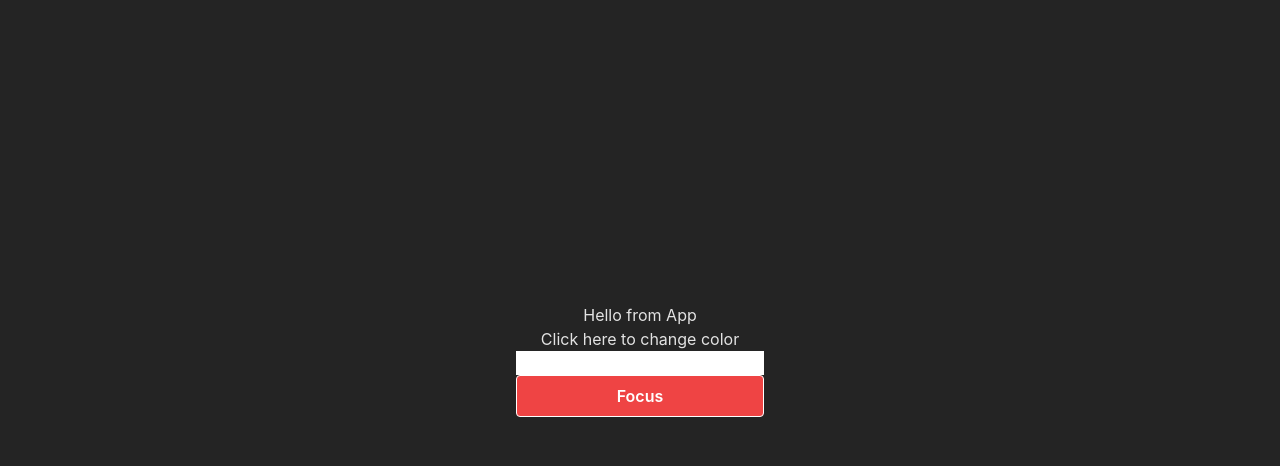
Repository: s-babaeizadeh/react-hooks-typescript
Page: / (app in useRefComp/)
The author's editor kept a copy of each file at every save. The page is drawn from the files as they stood at one save, then again after the next save.
The browser window is 1280 px wide. The pictures show the whole page.
The project was rebuilt for these pictures with package versions that can differ from the ones it lists, and the page was loaded fresh each time. Also part of the build but not shown: useRefComp/vite.config.ts.

Above is the page before, as saved 2024-11-28 20:55:40.

After the next save:
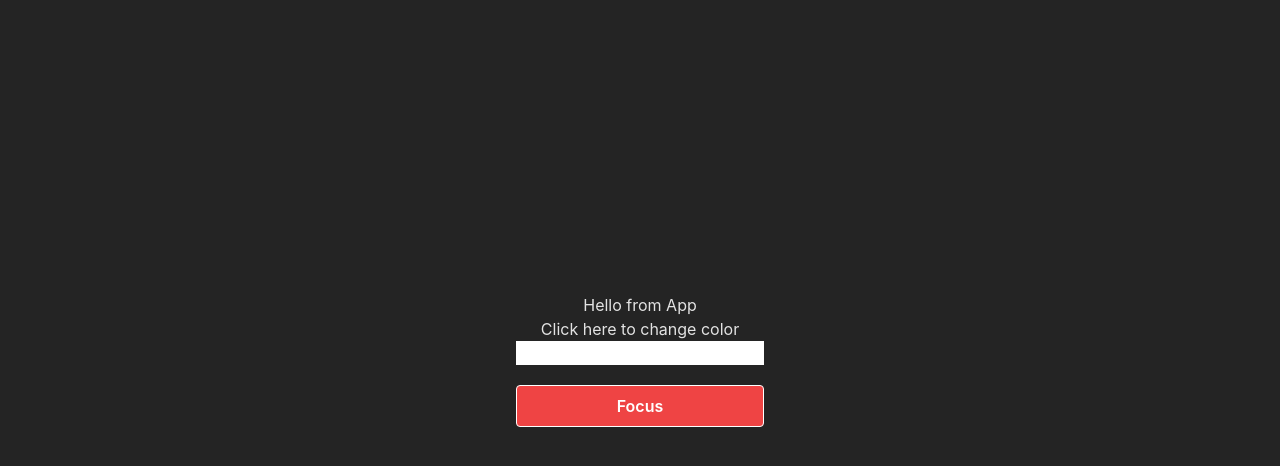
Saved 7 s later.
--- a/useRefComp/src/App.tsx
+++ b/useRefComp/src/App.tsx
@@ -34,7 +34,7 @@ const App = () => {
     <div>
       <h1 ref={changeColorRef}>Hello from App</h1>
       <h2 onClick={handleClick}>Click here to change color</h2>
-      <div className="flex flex-col">
+      <div className="flex flex-col gap-5">
         <input type="text" onChange={handleChange} ref={inputRef} />
         <button
           onClick={focusInput}
